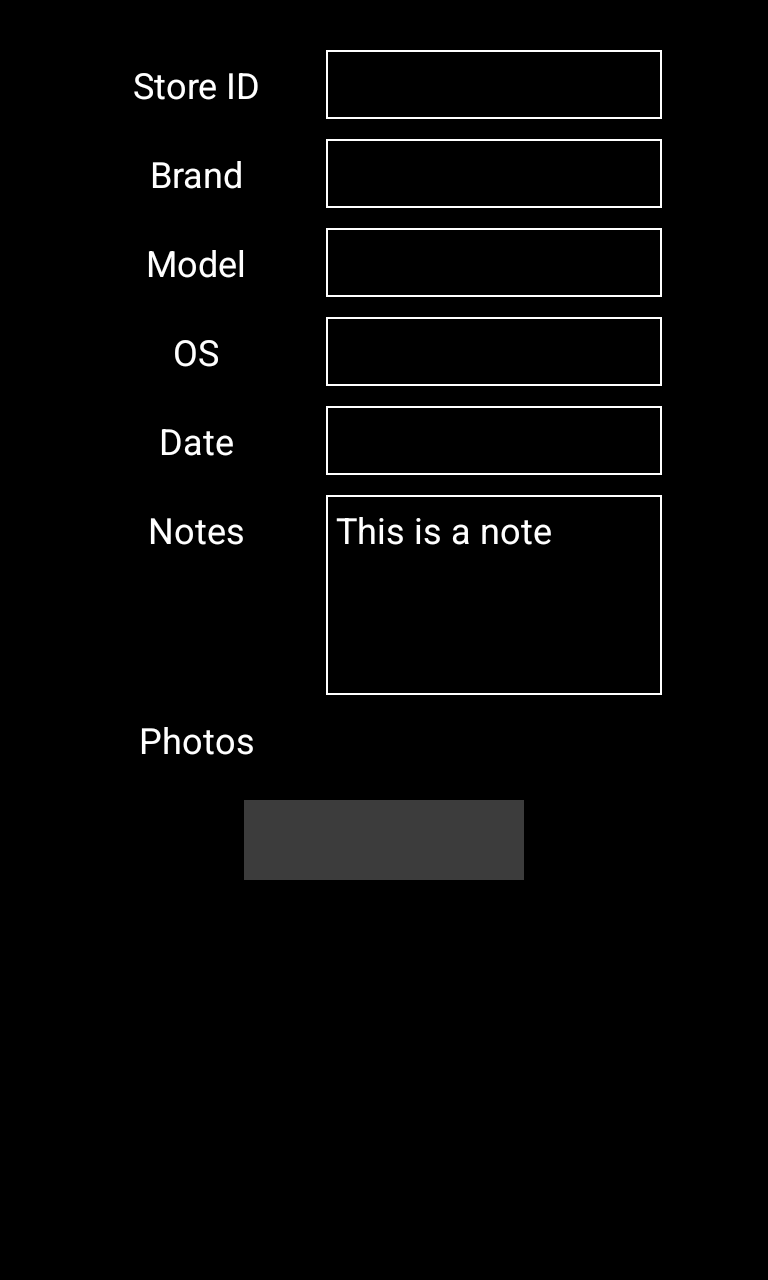
Repository: cnevinc/togather
Layout: GeorgeMe/res/layout/act_invatation.xml
These files come from the project's save history. The layout is drawn as it stood at one moment and after the next save; the edit follows.
It is drawn on a 768 x 1280 px phone screen (xhdpi) without system bars, with theme android:Theme.Holo; the app's code is not run.

Above is the layout before, as saved 2014-07-27 00:51:12.

### GeorgeMe/res/layout/act_invatation.xml
<?xml version="1.0" encoding="utf-8"?>
<RelativeLayout xmlns:android="http://schemas.android.com/apk/res/android"
    android:layout_width="match_parent"
    android:layout_height="match_parent"
    android:background="#000000"
    android:orientation="vertical" >


    <ScrollView
        android:layout_width="fill_parent"
        android:layout_height="wrap_content"
        android:layout_below="@+id/ll1"
        android:layout_centerHorizontal="true"
        android:layout_marginTop="15dp"
        android:fillViewport="true" >

        <RelativeLayout
            android:id="@+id/rel_r3"
            android:layout_width="fill_parent"
            android:layout_height="wrap_content" >

            <RelativeLayout
                android:id="@+id/rel_r1"
                android:layout_width="wrap_content"
                android:layout_height="wrap_content"
                android:layout_centerHorizontal="true"
                android:layout_marginTop="10dp"
                android:gravity="center|top" >

                <LinearLayout
                    android:id="@+id/lin_l1"
                    android:layout_width="wrap_content"
                    android:layout_height="wrap_content"
                    android:orientation="horizontal" >

                    <TextView
                        android:layout_width="90dp"
                        android:layout_height="wrap_content"
                        android:gravity="center"
                        android:text="Store ID"
                        android:textAppearance="?android:attr/textAppearanceMedium"
                        android:textColor="#ffffff" />

                    <EditText
                        android:id="@+id/et_store_id"
                        android:layout_width="wrap_content"
                        android:layout_height="wrap_content"
                        android:layout_marginLeft="20dp"
                        android:background="@drawable/edittext_border"
                        android:ems="8"
                        android:padding="5dp"
                        android:textColor="#ffffff" />
                </LinearLayout>

                <LinearLayout
                    android:id="@+id/lin_l2"
                    android:layout_width="wrap_content"
                    android:layout_height="wrap_content"
                    android:layout_below="@id/lin_l1"
                    android:layout_marginTop="10dp"
                    android:orientation="horizontal" >

                    <TextView
                        android:layout_width="90dp"
                        android:layout_height="wrap_content"
                        android:gravity="center"
                        android:text="Brand"
                        android:textAppearance="?android:attr/textAppearanceMedium"
                        android:textColor="#ffffff" />

                    <EditText
                        android:id="@+id/et_brand"
                        android:layout_width="wrap_content"
                        android:layout_height="wrap_content"
                        android:layout_marginLeft="20dp"
                        android:background="@drawable/edittext_border"
                        android:ems="8"
                        android:padding="5dp"
                        android:textColor="#ffffff" />
                </LinearLayout>

                <LinearLayout
                    android:id="@+id/lin_l3"
                    android:layout_width="wrap_content"
                    android:layout_height="wrap_content"
                    android:layout_below="@id/lin_l2"
                    android:layout_marginTop="10dp"
                    android:orientation="horizontal" >

                    <TextView
                        android:layout_width="90dp"
                        android:layout_height="wrap_content"
                        android:gravity="center"
                        android:text="Model"
                        android:textAppearance="?android:attr/textAppearanceMedium"
                        android:textColor="#ffffff" />

                    <EditText
                        android:id="@+id/et_model"
                        android:layout_width="wrap_content"
                        android:layout_height="wrap_content"
                        android:layout_marginLeft="20dp"
                        android:background="@drawable/edittext_border"
                        android:ems="8"
                        android:padding="5dp"
                        android:textColor="#ffffff" />
                </LinearLayout>

                <LinearLayout
                    android:id="@+id/lin_l4"
                    android:layout_width="wrap_content"
                    android:layout_height="wrap_content"
                    android:layout_below="@id/lin_l3"
                    android:layout_marginTop="10dp"
                    android:orientation="horizontal" >

                    <TextView
                        android:layout_width="90dp"
                        android:layout_height="wrap_content"
                        android:gravity="center"
                        android:text="OS"
                        android:textAppearance="?android:attr/textAppearanceMedium"
                        android:textColor="#ffffff" />

                    <EditText
                        android:id="@+id/et_os"
                        android:layout_width="wrap_content"
                        android:layout_height="wrap_content"
                        android:layout_marginLeft="20dp"
                        android:background="@drawable/edittext_border"
                        android:ems="8"
                        android:padding="5dp"
                        android:textColor="#ffffff" />
                </LinearLayout>

                <LinearLayout
                    android:id="@+id/lin_l5"
                    android:layout_width="wrap_content"
                    android:layout_height="wrap_content"
                    android:layout_below="@id/lin_l4"
                    android:layout_marginTop="10dp"
                    android:orientation="horizontal" >

                    <TextView
                        android:layout_width="90dp"
                        android:layout_height="wrap_content"
                        android:gravity="center"
                        android:text="Date"
                        android:textAppearance="?android:attr/textAppearanceMedium"
                        android:textColor="#ffffff" />

                    <EditText
                        android:id="@+id/et_date"
                        android:layout_width="wrap_content"
                        android:layout_height="wrap_content"
                        android:layout_marginLeft="20dp"
                        android:background="@drawable/edittext_border"
                        android:ems="8"
                        android:padding="5dp"
                        android:textColor="#ffffff" />
                </LinearLayout>

                <LinearLayout
                    android:id="@+id/lin_l6"
                    android:layout_width="wrap_content"
                    android:layout_height="wrap_content"
                    android:layout_below="@id/lin_l5"
                    android:layout_marginTop="10dp"
                    android:orientation="horizontal" >

                    <TextView
                        android:layout_width="90dp"
                        android:layout_height="wrap_content"
                        android:gravity="center"
                        android:text="Notes"
                        android:textAppearance="?android:attr/textAppearanceMedium"
                        android:textColor="#ffffff" />

                    <EditText
                        android:id="@+id/et_notes"
                        android:layout_width="wrap_content"
                        android:layout_height="100dp"
                        android:layout_marginLeft="20dp"
                        android:background="@drawable/edittext_border"
                        android:ems="8"
                        android:gravity="left|top"
                        android:padding="5dp"
                        android:text="This is a note"
                        android:textColor="#ffffff" />
                </LinearLayout>

                <LinearLayout
                    android:id="@+id/lin_l7"
                    android:layout_width="wrap_content"
                    android:layout_height="wrap_content"
                    android:layout_below="@id/lin_l6"
                    android:layout_marginTop="10dp"
                    android:orientation="horizontal" >

                    <TextView
                        android:layout_width="90dp"
                        android:layout_height="wrap_content"
                        android:gravity="center"
                        android:text="Photos"
                        android:textAppearance="?android:attr/textAppearanceMedium"
                        android:textColor="#ffffff" />

                </LinearLayout>

                <Button
                    android:id="@+id/btn_continue"
                    android:layout_width="140dp"
                    android:layout_height="40dp"
                    android:layout_below="@+id/lin_l7"
                    android:layout_centerInParent="true"
                    android:layout_marginTop="18dp"
                    android:layout_marginBottom="20dp"
                    android:background="#3c3c3c"
                    android:textAppearance="?android:attr/textAppearanceMedium"
                    android:textColor="#ffffff" />
            </RelativeLayout>
        </RelativeLayout>
    </ScrollView>

</RelativeLayout>

### GeorgeMe/res/drawable/edittext_border.xml
<?xml version="1.0" encoding="utf-8"?>
<shape xmlns:android="http://schemas.android.com/apk/res/android"
    android:shape="rectangle" >

    <solid android:color="#000000" />

    <stroke
        android:width="2px"
        android:color="#FFFFFF" />

</shape>

After the next save:
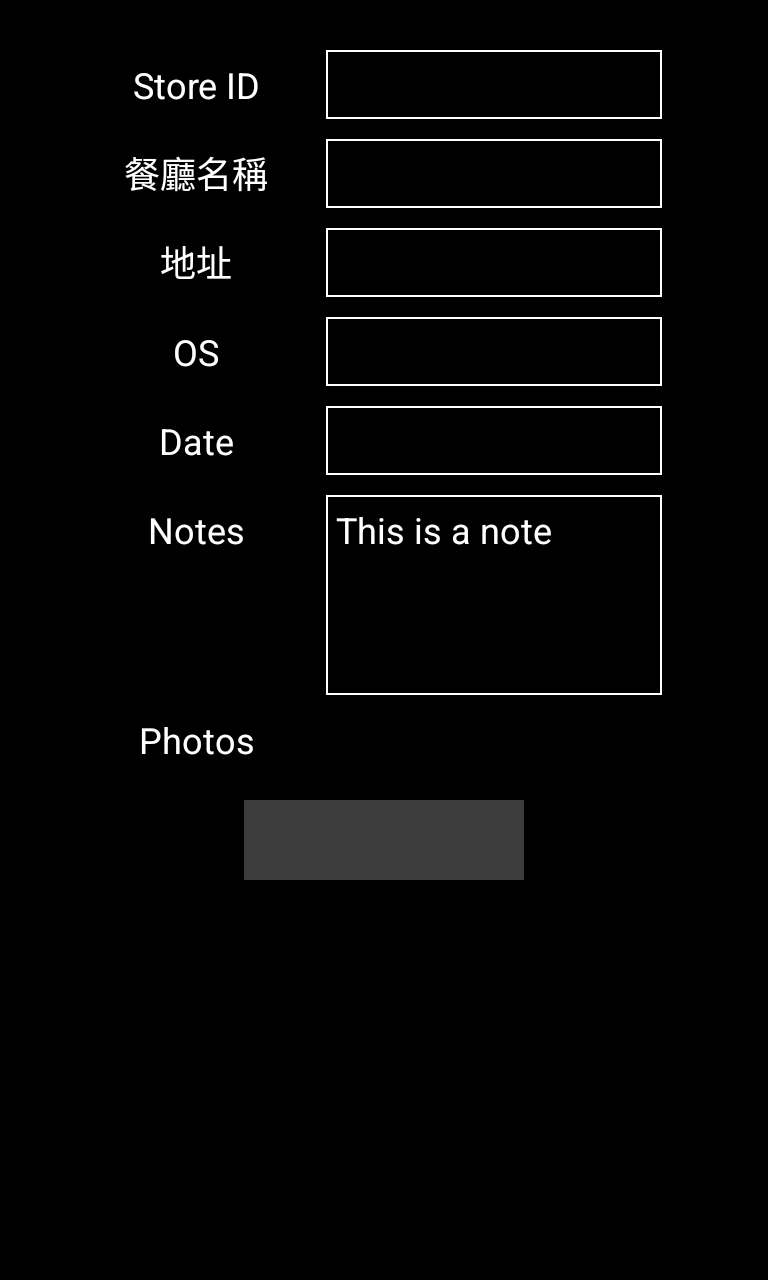
Saved 70 s later.
--- a/GeorgeMe/res/layout/act_invatation.xml
+++ b/GeorgeMe/res/layout/act_invatation.xml
@@ -64,7 +64,7 @@
                         android:layout_width="90dp"
                         android:layout_height="wrap_content"
                         android:gravity="center"
-                        android:text="Brand"
+                        android:text="餐廳名稱"
                         android:textAppearance="?android:attr/textAppearanceMedium"
                         android:textColor="#ffffff" />
 
@@ -91,7 +91,7 @@
                         android:layout_width="90dp"
                         android:layout_height="wrap_content"
                         android:gravity="center"
-                        android:text="Model"
+                        android:text="地址"
                         android:textAppearance="?android:attr/textAppearanceMedium"
                         android:textColor="#ffffff" />
 
